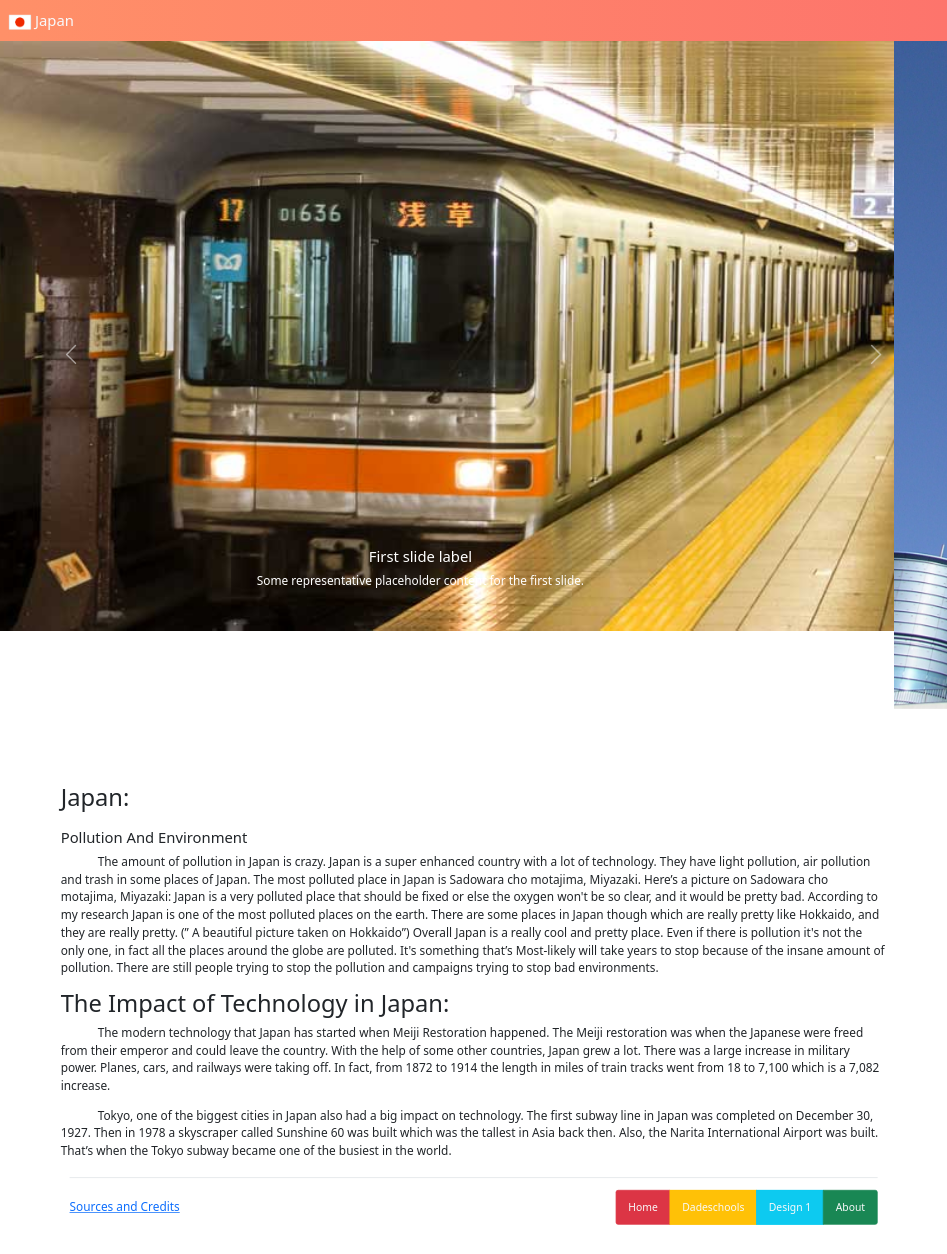
Repository: mrchilliballs/mrchilliballs.github.io
Page: index.html
An editor plug-in stored every save of this project. The page is shown before and after the next save, followed by the edit.
The browser window is 1280 px wide. The pictures show the whole page, at 74% of full size.

Above is the page before, as saved 2021-09-02 18:48:09.

### index.html
<!DOCTYPE html>
<html lang="en">
<head>
    <meta charset="UTF-8">
    <meta http-equiv="X-UA-Compatible" content="IE=edge">
    <!-- CSS only -->
<link href="https://cdn.jsdelivr.net/npm/bootstrap@5.1.0/dist/css/bootstrap.min.css" rel="stylesheet" integrity="sha384-KyZXEAg3QhqLMpG8r+8fhAXLRk2vvoC2f3B09zVXn8CA5QIVfZOJ3BCsw2P0p/We" crossorigin="anonymous">
    <meta name="viewport" content="width=device-width, initial-scale=1.0">
    <title>Document</title>
    <style>
    </style>
</head>
<body>
    <nav class="navbar navbar-light bg-light fixed-top" style="background: #fd746c;  /* fallback for old browsers */
    background: -webkit-linear-gradient(to right, #ff9068, #fd746c);  /* Chrome 10-25, Safari 5.1-6 */
    background: linear-gradient(to right, #ff9068, #fd746c); /* W3C, IE 10+/ Edge, Firefox 16+, Chrome 26+, Opera 12+, Safari 7+ */
    ">
        <div class="container-fluid">
          <a class="navbar-brand" href="#">
            <img src="japan.gif" alt="" width="30" height="20 class="d-inline-block align-text-top">
            <span class="text-light">Japan</span>
          </a>
        </div>
      </nav>
      <div id="carouselExampleIndicators" class="carousel slide" data-bs-ride="carousel">
        <div class="carousel-indicators">
          <button type="button" data-bs-target="#carouselExampleIndicators" data-bs-slide-to="0" class="active" aria-current="true" aria-label="Slide 1"></button>
          <button type="button" data-bs-target="#carouselExampleIndicators" data-bs-slide-to="1" aria-label="Slide 2"></button>
          <button type="button" data-bs-target="#carouselExampleIndicators" data-bs-slide-to="2" aria-label="Slide 3"></button>
          <button type="button" data-bs-target="#carouselExampleIndicators" data-bs-slide-to="3" aria-label="Slide 4"></button>
        </div>
        <div class="carousel-inner">
          <div class="carousel-item active">
            <img src="subway.jpg" class="d-block w-100" alt="...">
            <div class="carousel-caption d-none d-md-block">
              <h5>First slide label</h5>
              <p>Some representative placeholder content for the first slide.</p>
            </div>
          </div>
          <div class="carousel-item">
            <img src="sunshine.jpg" class="d-block w-100" alt="...">
          </div>
          <div class="carousel-item">
            <img src="Picture3.png" class="d-block w-100" alt="...">
          </div>
          <div class="carousel-item">
            <img src="Picture4.png" class="d-block w-100" alt="...">
          </div>
        </div>
        <button class="carousel-control-prev" type="button" data-bs-target="#carouselExampleIndicators" data-bs-slide="prev">
          <span class="carousel-control-prev-icon" aria-hidden="true"></span>
          <span class="visually-hidden">Previous</span>
        </button>
        <button class="carousel-control-next" type="button" data-bs-target="#carouselExampleIndicators" data-bs-slide="next">
          <span class="carousel-control-next-icon" aria-hidden="true"></span>
          <span class="visually-hidden">Next</span>
        </button>
      </div>
    <main class="container">
        <h2 style="margin-bottom: 0 !important;  margin-top: 100px;">Japan:</h2> <br><h5>Pollution And Environment</h5>

<p style="text-indent: 50px;">The amount of pollution in Japan is crazy. Japan is a super enhanced country with a lot of technology.
They have light pollution, air pollution and trash in some places of Japan. The most polluted place in Japan is Sadowara cho motajima, Miyazaki. Here’s a picture on Sadowara cho motajima, Miyazaki:
  Japan is a very polluted place that should be fixed or else the oxygen won't be so clear, and it would be pretty bad. According to my research Japan is one of the most polluted places on the earth. There are some places in Japan though which are really pretty like Hokkaido, and they are really pretty.
     (” A beautiful picture taken on Hokkaido”)
Overall Japan is a really cool and pretty place. Even if there is pollution it's not the only one, in fact all the places around the globe are polluted. It's something that’s Most-likely will take years to stop because of the insane amount of pollution. There are still people trying to stop the pollution and campaigns trying to stop bad environments.
</p>
<h2>The Impact of Technology in Japan:</h2>
	<p style="text-indent: 50px;">The modern technology that Japan has started when Meiji Restoration happened. The Meiji restoration was when the Japanese were freed from their emperor and could leave the country. With the help of some other countries, Japan grew a lot. There was a large increase in military power. Planes, cars, and railways were taking off. In fact, from 1872 to 1914 the length in miles of train tracks went from 18 to 7,100 which is a 7,082 increase.
	<br></p><p style="text-indent: 50px;">Tokyo, one of the biggest cities in Japan also had a big impact on technology. The first subway line in Japan was completed on December 30, 1927. Then in 1978 a skyscraper called Sunshine 60 was built which was the tallest in Asia back then. Also, the Narita International Airport was built. That’s when the Tokyo subway became one of the busiest in the world.
        <div class="container">
            <footer class="d-flex flex-wrap justify-content-between align-items-center py-3 my-4 border-top" style="">
              <div class="dropdown">
                <a class="" href="#" role="button" id="dropdownMenuLink" data-bs-toggle="dropdown" aria-expanded="false">
                  Sources and Credits
                </a>

                <ul class="dropdown-menu" aria-labelledby="dropdownMenuLink">
                  <li><a class="dropdown-item" href="https://www.world-weather-travellers-guide.com/air-pollution-in-japan.htm">Source 1</a></li>
                  <li><a class="dropdown-item" href="https://www.nytimes.com/1964/12/26/archives/tokyo-troubled-by-air-pollution-emphasis-in-smog-control-is-still.html">Source 2</a></li>
                  <li><a class="dropdown-item" href="https://creativecommons.org/licenses/by-nc/2.0/s">Source 3</a></li>
                  <li><a class="dropdown-item" href="https://encyclopedia.1914-1918 online.net/article/science_and_technology_japan ">Source 4</a></li>
                  <li><a class="dropdown-item" href="https://en.wikipedia.org/wiki/Tokyo">Source 5</a></li>
                  <li><a class="dropdown-item" href="https://en.wikipedia.org/wiki/Meiji_Restoration ">Source 6</a></li>
                </ul>
              </div>
              <a href="/" class="col-md-4 d-flex align-items-center justify-content-center mb-3 mb-md-0 me-md-auto link-dark text-decoration-none">
                <svg class="bi me-2" width="40" height="32"><use xlink:href="#bootstrap"></use></svg>
              </a>

              <ul class="nav col-md-4 justify-content-end">
                <div class="btn-group" role="group" aria-label="Basic mixed styles example">
                  <button type="button" class="btn btn-danger btn-sm"><li class="nav-item"><a href="#" class="nav-link px-2 text-light">Home</a></li></button>
                  <button type="button" class="btn btn-warning btn-sm"><li class="nav-item"><a href="https://www3.dadeschools.net" class="nav-link px-2 text-light">Dadeschools</a></li></button>
                  <button type="button" class="btn btn-info btn-sm"><li class="nav-item"><a href="index.html" class="nav-link px-2 text-light">Design 1</a></li></button>
                  <button type="button" class="btn btn-success btn-sm"><li class="nav-item"><a class="nav-link px-2 text-light" href="#" role="button" id="dropdownMenuLink" data-bs-toggle="dropdown" aria-expanded="false">About</a><ul class="dropdown-menu" aria-labelledby="dropdownMenuLink1">
                    <li class="dropdown-item">We made this website using the program language "HTML". It took us a lot of work and we hope we get a good grade on this because we did our best on this website.</li>
                  </ul></li>
                  </button>
                </div>
              </ul>
            </footer>
          </div>
          <!-- JavaScript Bundle with Popper -->
<script src="https://cdn.jsdelivr.net/npm/bootstrap@5.1.0/dist/js/bootstrap.bundle.min.js" integrity="sha384-U1DAWAznBHeqEIlVSCgzq+c9gqGAJn5c/t99JyeKa9xxaYpSvHU5awsuZVVFIhvj" crossorigin="anonymous"></script>
    </main>
</body>
</html>

After the next save:
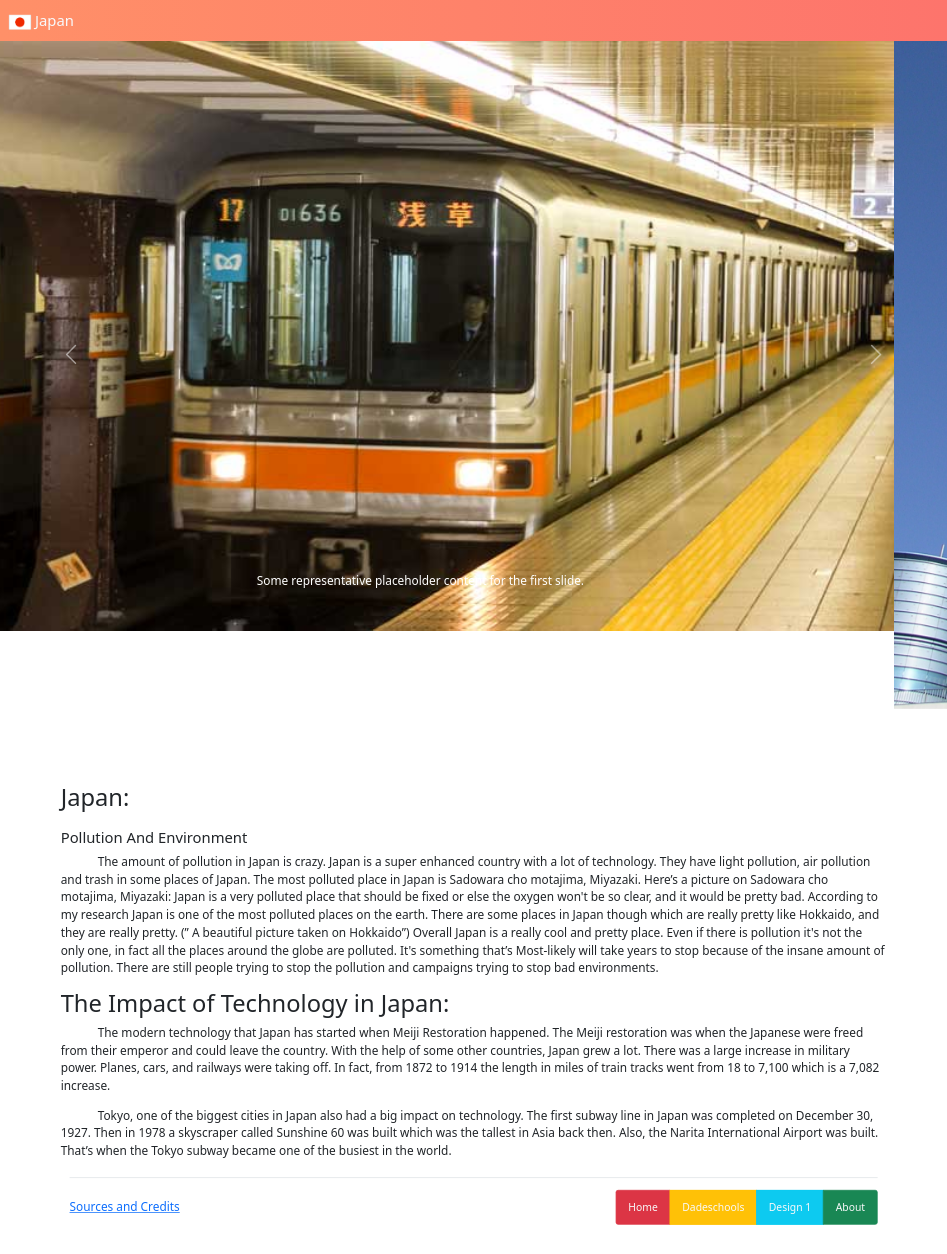
Saved 8 s later.
--- a/index.html
+++ b/index.html
@@ -33,7 +33,6 @@
           <div class="carousel-item active">
             <img src="subway.jpg" class="d-block w-100" alt="...">
             <div class="carousel-caption d-none d-md-block">
-              <h5>First slide label</h5>
               <p>Some representative placeholder content for the first slide.</p>
             </div>
           </div>
